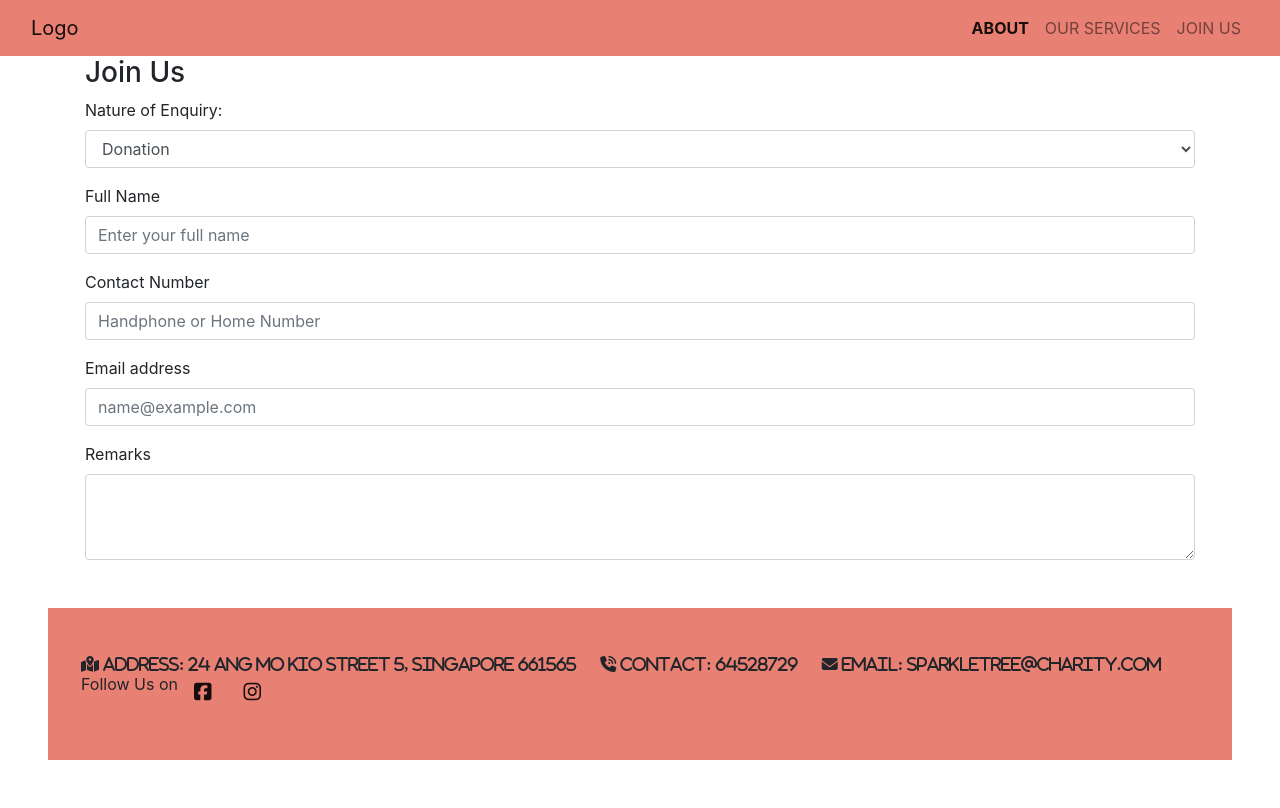
Repository: Code-Institute-Submissions/Jasonngyt-Project1
Page: enquiry.html
The author's editor kept a record of every edit. The page is drawn from the files as they stood at one moment, then again after the next edit.
The browser window is 1280 px wide. The pictures show the whole page.
Some web fonts or font styles are not loaded; a fallback is used. Some web libraries are served in a nearby version.

Above is the page before.

After the next edit:
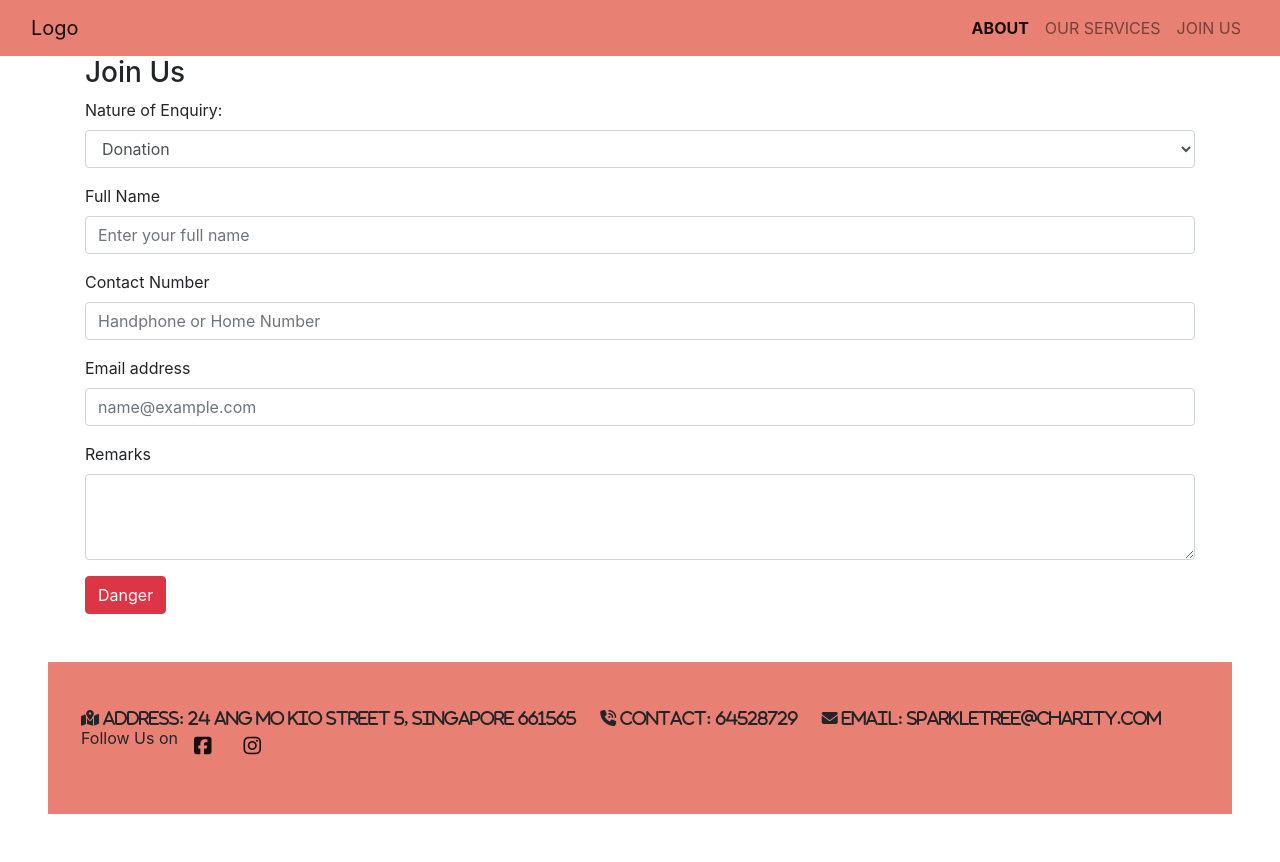
The edit:
--- a/enquiry.html
+++ b/enquiry.html
@@ -73,6 +73,7 @@
                 <label for="formRemarks">Remarks</label>
                 <textarea class="form-control" id="formRemarks" rows="3"></textarea>
             </div>
+            <button type="button" class="btn btn-danger">Danger</button>
         </form>
     </div>
 
